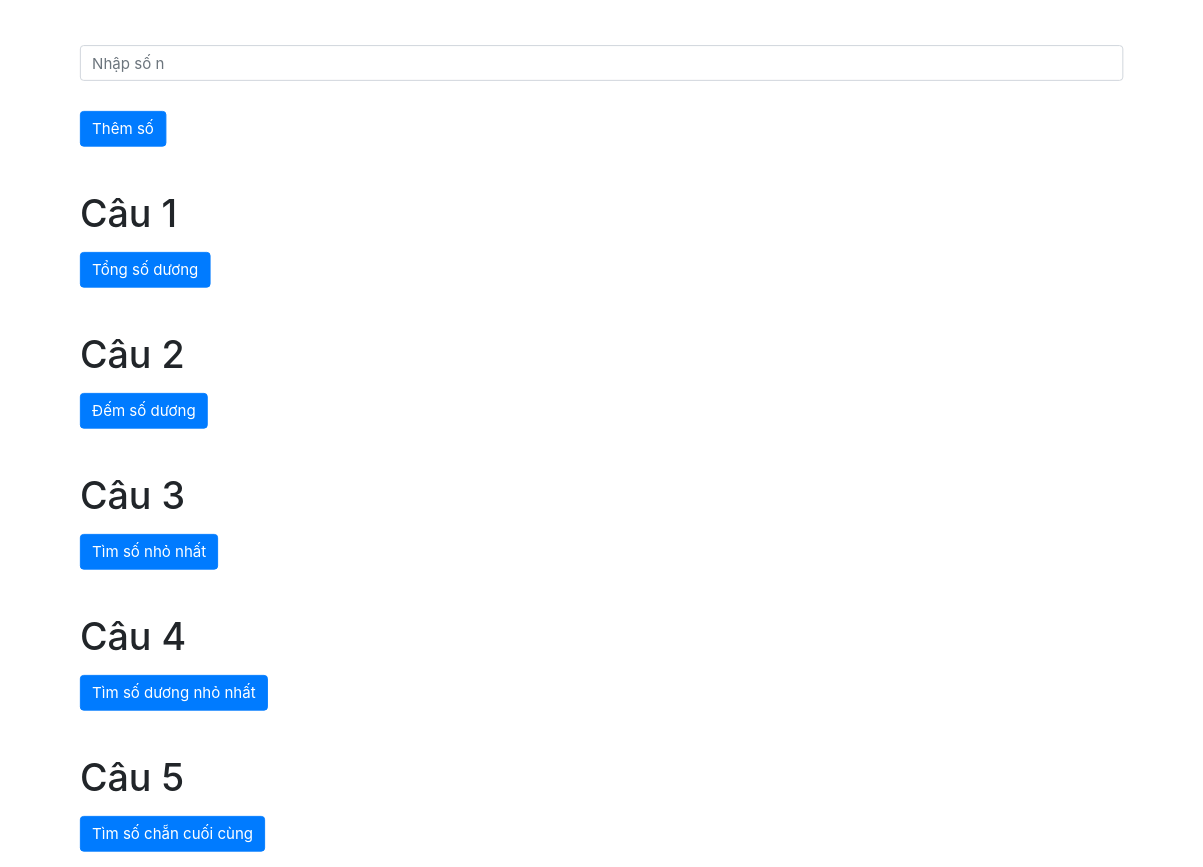
Repository: thanhfrankie/BC10-LeMinhThanh-Js-b7-8
Page: index.html
These files come from the project's save history. The page is drawn as it stood at one moment and after the next save; the edit follows.
The browser window is 1280 px wide. The pictures show the whole page, at 94% of full size.

Above is the page before, as saved 2023-12-27 22:30:38.

After the next save:
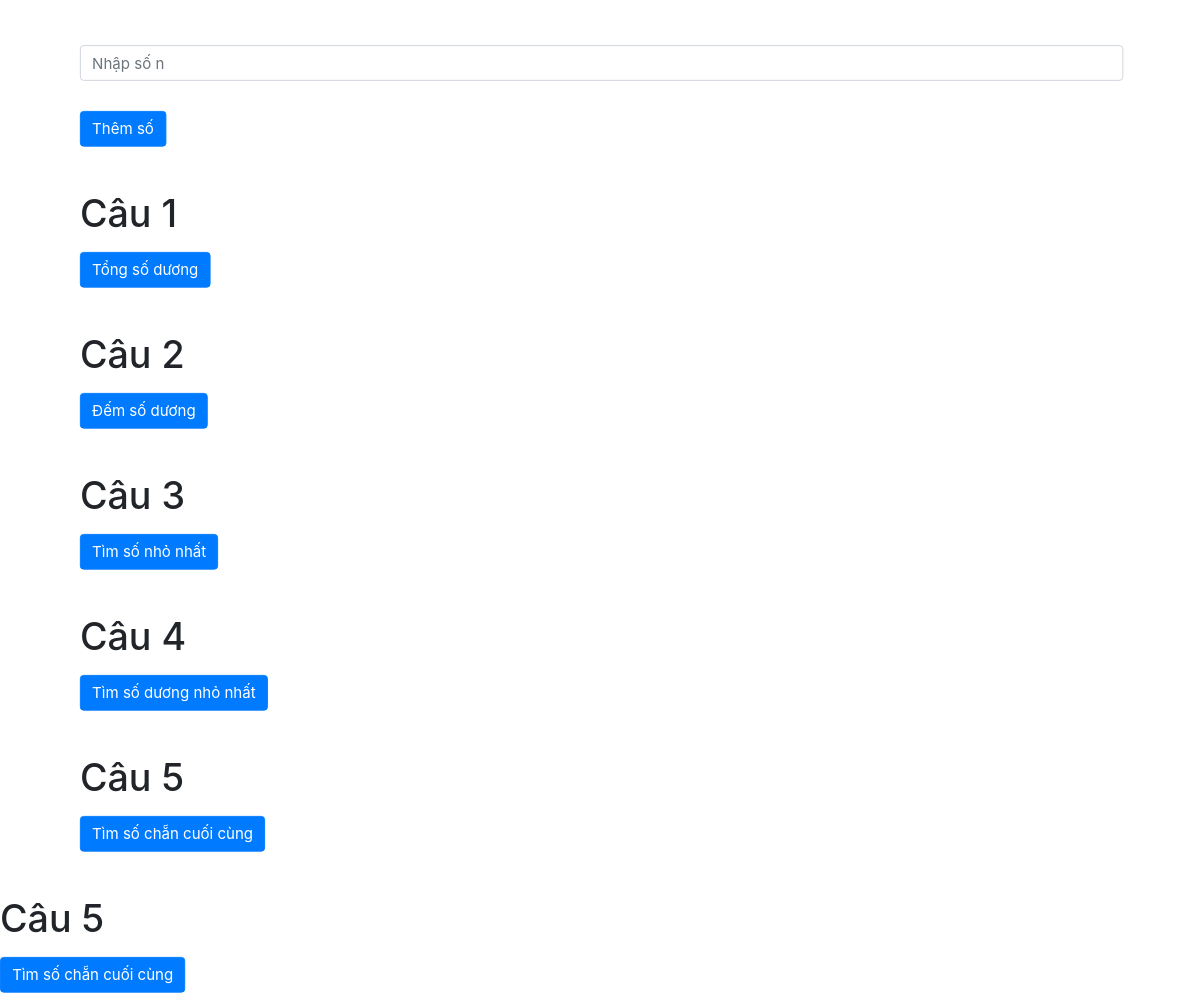
Saved 65 s later.
--- a/index.html
+++ b/index.html
@@ -99,6 +99,20 @@
                  <h2 id="so-chan-cuoi-cung"></h2>
                </div>
     </div>
+                 <!-- Câu 5 -->
+                 <h1 class="mt-5">Câu 5</h1>
+                 <p class="mt-3">
+                     <button class="btn btn-primary" type="button" data-toggle="collapse" data-target="#cau5" aria-expanded="false"
+                             aria-controls="contentId">
+                             Tìm số chẵn cuối cùng
+                     </button>
+                   </p>
+                   <div class="collapse" id="cau5">
+
+                     <div class="btn btn-danger" onclick="soChanCuoiCung()">Tìm số chẵn cuối cùng</div>
+                     <h2 id="so-chan-cuoi-cung"></h2>
+                   </div>
+        </div>
 
 
 
